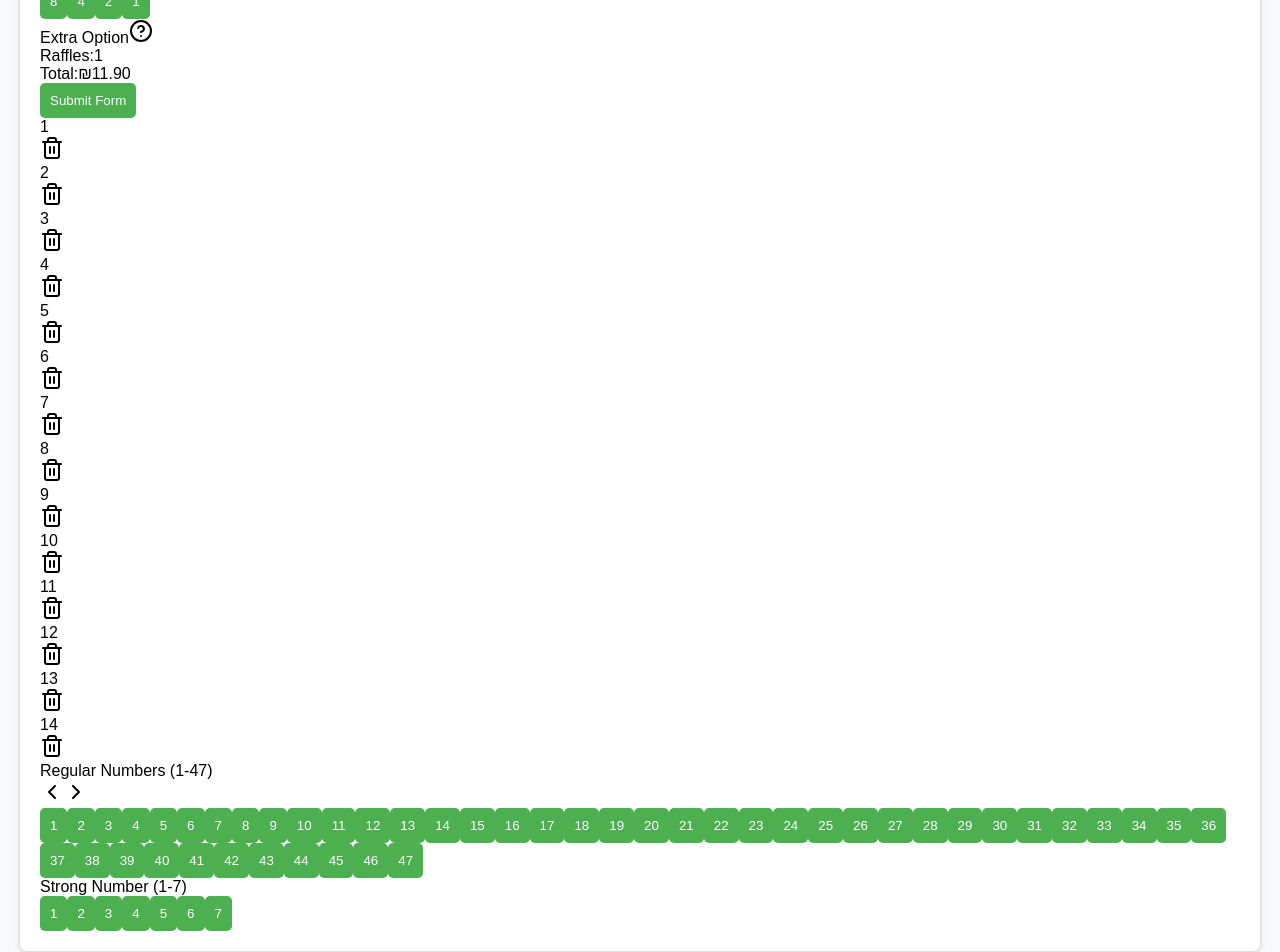
Repository: Giltih/LottoForm1
Page: /
These files come from the project's save history. The page is drawn as it stood at one moment and after a run of saves; the edit follows.
The browser window is 1280 px wide. The pictures show the whole page.
The project was rebuilt for these pictures with package versions that can differ from the ones it lists, and the page was loaded fresh each time. Also part of the build but not shown: vite.config.ts.

Above is the page before, as saved 2025-02-09 21:22:18.

### src/index.css

body {
  font-family: Arial, sans-serif;
  background-color: #f4f4f9;
  margin: 0;
  padding: 0;
}

h1, h2 {
  color: #333;
}

button {
  background-color: #4CAF50;
  color: white;
  border: none;
  border-radius: 5px;
  padding: 10px;
  cursor: pointer;
}

button:hover {
  background-color: #45a049;
}

### src/App.tsx
import React, { useState } from 'react';
import Header from './components/Header';
import LotteryAmountSelector from './components/LotteryAmountSelector';
import ExtraOption from './components/ExtraOption';
import StrongNumberSelector from './components/StrongNumberSelector';
import LottoForm from './components/LottoForm';
import PriceSummary from './components/PriceSummary';
import './App.css';
import LotteryInterface from './components/LotteryInterface';

const App: React.FC = () => {
  const tableCount = 2;
  // const [tableCount, setTableCount] = useState(2);
  const [draws, setDraws] = useState(1);
  const [isExtraSelected, setIsExtraSelected] = useState(false);
  const [strongNumber, setStrongNumber] = useState<number>(0);
  const [selectedNumbers, setSelectedNumbers] = useState<number[][]>(
    Array(14).fill([])
  );

  const handleNumberSelect = (tableIndex: number, number: number) => {
    const newSelectedNumbers = [...selectedNumbers];
    const tableNumbers = newSelectedNumbers[tableIndex] || [];

    if (tableNumbers.includes(number)) {
      newSelectedNumbers[tableIndex] = tableNumbers.filter((num) => num !== number);
    } else if (tableNumbers.length < 6) {
      newSelectedNumbers[tableIndex] = [...tableNumbers, number];
    }

    setSelectedNumbers(newSelectedNumbers);
  };

  return (
    <div className="app-container">
      <Header />
      <div className="main-content" >
        <LotteryInterface />
        {/* <div className="left-section">
          <LotteryAmountSelector selectedDraws={draws} onChange={setDraws} />
          <ExtraOption isSelected={isExtraSelected} onChange={setIsExtraSelected} />
          <StrongNumberSelector selectedStrongNumber={strongNumber} onStrongNumberSelect={setStrongNumber} />
          <PriceSummary tables={tableCount} draws={draws} isExtraSelected={isExtraSelected} />
        </div>
        <div className='middle-section'>vibe</div>
        <div className="right-section">
          <LottoForm
            tableCount={tableCount}
            selectedNumbers={selectedNumbers}
            onNumberSelect={handleNumberSelect}
          />
        </div> */}
      </div>
    </div>
  );
};

export default App;

### src/components/Header.tsx
import React from 'react';

const Header: React.FC = () => {
  return (
    <header style={{ backgroundColor: '#d32f2f', color: '#fff', padding: '10px', textAlign: 'center' }}>
      <h1>לוטו - הגרלה שבועית</h1>
      <p>בשישי עד: <span style={{ fontWeight: 'bold' }}>80,000,000 ₪</span></p>
      <p>זמן לסגירת ההגרלה: 03:45:17</p>
    </header>
  );
};

export default Header;

### src/App.css
body {
  font-family: Arial, sans-serif;
  background-color: #f8f9fa;
  margin: 0;
  padding: 0;
  display: flex;
  justify-content: center;
  align-items: center;
  height: 100vh;
}

.app-container {
  max-width: 1200px;
  width: 100%;
  background-color: #ffffff;
  border: 1px solid #ddd;
  border-radius: 8px;
  padding: 20px;
  box-shadow: 0 4px 6px rgba(0, 0, 0, 0.1);
}

.main-grid {

}
.left-section,
.right-section {
  flex: 1;
  margin: 0 10px;
}

button {
  border: none;
  cursor: pointer;
  transition: background-color 0.3s;
}

button:hover {
  background-color: #b3e5fc;
}

.numbersGrid {
  display: 'grid';
  grid-template-columns: 'repeat(9, 1fr)';
  gap: '5px' ;
}

.numbersGrid button {
  padding: 5px;
  margin: 5px;
  background-color: #817a7a;
  min-width:30px;

}

.numbersGrid button.selected {
  background-color: #487184;
}

### src/components/LotteryInterface.tsx
import React, { useState } from 'react';
import { Trash2, HelpCircle, ChevronLeft, ChevronRight } from 'lucide-react';
import '../App.css';


interface LotteryTable {
  regular: (number | null)[];
  strong: number | null;
}

const LotteryInterface: React.FC = () => {
  const [selectedTable, setSelectedTable] = useState<number>(1);
  const [tables, setTables] = useState<LotteryTable[]>(
    Array.from({ length: 14 }, () => ({
      regular: Array(6).fill(null) as (number | null)[],
      strong: null,
    }))
  );
  const [selectedRaffles, setSelectedRaffles] = useState<number>(1);

  const BASE_PRICE = 11.90;

  const calculateTotalPrice = (raffles: number): string => {
    return (BASE_PRICE * raffles).toFixed(2);
  };

  const handleRaffleSelection = (count: number): void => {
    setSelectedRaffles(count);
  };

  const isNumberSelected = (
    tableIndex: number,
    num: number,
    isStrong: boolean = false
  ): boolean => {
    const table = tables[tableIndex];
    if (isStrong) {
      return table.strong === num;
    }
    return table.regular.includes(num);
  };

  const handleNumberSelection = (
    tableIndex: number,
    num: number,
    isStrong: boolean = false
  ): void => {
    if (isNumberSelected(tableIndex, num, isStrong)) {
      return;
    }

    const newTables = [...tables];
    if (isStrong) {
      newTables[tableIndex].strong = num;
    } else {
      const regularNumbers = newTables[tableIndex].regular;
      const firstEmpty = regularNumbers.indexOf(null);
      if (firstEmpty !== -1) {
        regularNumbers[firstEmpty] = num;
      }
    }
    setTables(newTables);
  };

  const clearTableRow = (tableIndex: number): void => {
    const newTables = [...tables];
    newTables[tableIndex] = {
      regular: Array(6).fill(null) as (number | null)[],
      strong: null,
    };
    setTables(newTables);
  };

  const LeftColumn: React.FC = () => (
    <div className="p-4 h-full bg-gradient-to-br from-blue-50 to-blue-100">
      <div className="space-y-4">
        <div className="bg-white p-4 rounded-lg shadow-md">
          <div className="flex justify-between items-center mb-2">
            <span className="font-medium">Number of Raffles</span>
            <HelpCircle className="w-5 h-5 text-blue-500" />
          </div>
          <div className="grid grid-cols-4 gap-2">
            {[8, 4, 2, 1].map((num) => (
              <button
                key={num}
                onClick={() => handleRaffleSelection(num)}
                className={`p-2 rounded-lg shadow-md transition-all ${
                  selectedRaffles === num
                    ? 'bg-gradient-to-r from-blue-600 to-blue-700 text-white'
                    : 'bg-gradient-to-r from-blue-400 to-blue-500 text-white hover:from-blue-500 hover:to-blue-600'
                }`}
              >
                {num}
              </button>
            ))}
          </div>
        </div>

        <div className="bg-white p-4 rounded-lg shadow-md">
          <div className="flex justify-between items-center">
            <span>Extra Option</span>
            <HelpCircle className="w-5 h-5 text-blue-500" />
          </div>
        </div>

        <div className="mt-auto">
          <div className="space-y-2 bg-white p-4 rounded-lg shadow-md">
            <div className="flex justify-between font-medium">
              <span>Raffles:</span>
              <span>{selectedRaffles}</span>
            </div>
            <div className="flex justify-between text-lg font-bold text-blue-700">
              <span>Total:</span>
              <span>₪{calculateTotalPrice(selectedRaffles)}</span>
            </div>
          </div>
          <button className="w-full mt-4 bg-gradient-to-r from-green-500 to-green-600 text-white p-3 rounded-lg shadow-md hover:from-green-600 hover:to-green-700 transition-all font-medium">
            Submit Form
          </button>
        </div>
      </div>
    </div>
  );

  const MiddleColumn: React.FC = () => (
    <div className="p-4 h-full bg-gradient-to-br from-gray-50 to-gray-100">
      <div className="space-y-2">
        {tables.map((table, tableIndex) => (
          <div
            key={tableIndex}
            className={`p-2 rounded-lg cursor-pointer transition-all ${
              selectedTable === tableIndex + 1
                ? 'border-2 border-blue-500 bg-white shadow-lg'
                : 'border border-gray-200 bg-white shadow hover:border-blue-300'
            }`}
            onClick={() => setSelectedTable(tableIndex + 1)}
          >
            <div className="flex items-center space-x-2">
              <span className="w-6 font-medium text-blue-600">
                {tableIndex + 1}
              </span>
              <div className="flex-1 grid grid-cols-7 gap-2">
                {table.regular.map((num, i) => (
                  <div
                    key={i}
                    className="w-8 h-8 border rounded-lg flex items-center justify-center bg-gradient-to-br from-blue-50 to-blue-100 font-medium text-blue-700"
                  >
                    {num}
                  </div>
                ))}
                <div className="w-8 h-8 border rounded-lg flex items-center justify-center bg-gradient-to-br from-yellow-50 to-yellow-100 font-medium text-yellow-700">
                  {table.strong}
                </div>
              </div>
              <Trash2
                className="w-5 h-5 text-gray-400 cursor-pointer hover:text-red-500 transition-colors"
                onClick={(e) => {
                  e.stopPropagation();
                  clearTableRow(tableIndex);
                }}
              />
            </div>
          </div>
        ))}
      </div>
    </div>
  );

  const RightColumn: React.FC = () => {
    const regularNumbers: number[] = Array.from({ length: 47 }, (_, i) => i + 1);
    const strongNumbers: number[] = Array.from({ length: 7 }, (_, i) => i + 1);

    const getNumberButtonClass = (
      number: number,
      isStrong: boolean = false
    ): string => {
      const baseClass =
        'w-8 h-8 text-sm rounded-lg shadow transition-all font-medium ';
      const isSelected = isNumberSelected(selectedTable - 1, number, isStrong);

      if (isStrong) {
        return (
          baseClass +
          (isSelected
            ? 'bg-yellow-500 text-white cursor-not-allowed'
            : 'bg-gradient-to-br from-yellow-50 to-yellow-100 hover:from-yellow-100 hover:to-yellow-200 text-yellow-700')
        );
      }

      return (
        baseClass +
        (isSelected
          ? 'bg-blue-500 text-white cursor-not-allowed'
          : 'bg-gradient-to-br from-blue-50 to-blue-100 hover:from-blue-100 hover:to-blue-200 text-blue-700')
      );
    };

    return (
      <div className="p-4 h-full bg-gradient-to-br from-gray-50 to-gray-100">
        <div className="space-y-4">
          <div className="flex justify-between items-center">
            <span className="font-medium text-blue-700">
              Regular Numbers (1-47)
            </span>
            <div className="flex space-x-2">
              <ChevronLeft className="w-5 h-5 text-blue-500" />
              <ChevronRight className="w-5 h-5 text-blue-500" />
            </div>
          </div>

          <div className="grid grid-cols-7 gap-2">
            {regularNumbers.map((num) => (
              <button
                key={num}
                className={getNumberButtonClass(num)}
                onClick={() => handleNumberSelection(selectedTable - 1, num)}
                disabled={isNumberSelected(selectedTable - 1, num)}
              >
                {num}
              </button>
            ))}
          </div>

          <div className="mt-8">
            <span className="font-medium text-yellow-700">
              Strong Number (1-7)
            </span>
            <div className="grid grid-cols-7 gap-2 mt-2">
              {strongNumbers.map((num) => (
                <button
                  key={num}
                  className={getNumberButtonClass(num, true)}
                  onClick={() =>
                    handleNumberSelection(selectedTable - 1, num, true)
                  }
                  disabled={isNumberSelected(selectedTable - 1, num, true)}
                >
                  {num}
                </button>
              ))}
            </div>
          </div>
        </div>
      </div>
    );
  };

  return (
    <div className="grid grid-cols-3 main-grid gap-4 p-4">
      <LeftColumn />
      <MiddleColumn />
      <RightColumn />
    </div>
  );
};

export default LotteryInterface;

Loaded but not shown: index.html (common file); src/main.tsx (common file)

After the next 4 saves:
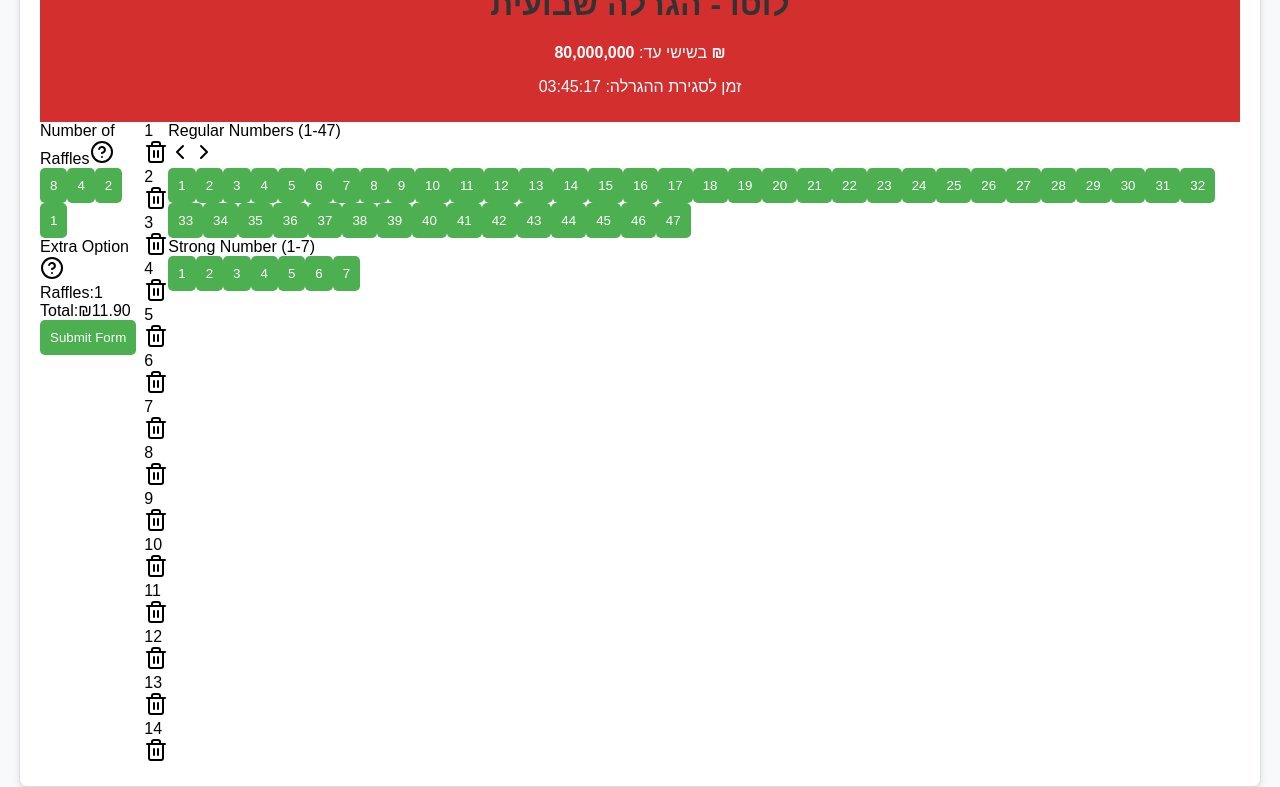
The 4 saves are shown as one change because they came seconds apart.
The last was saved 13 s later.
--- a/src/App.css
+++ b/src/App.css
@@ -20,7 +20,8 @@ body {
 }
 
 .main-grid {
-
+  display: flex;
+  justify-content: ;
 }
 .left-section,
 .right-section {
